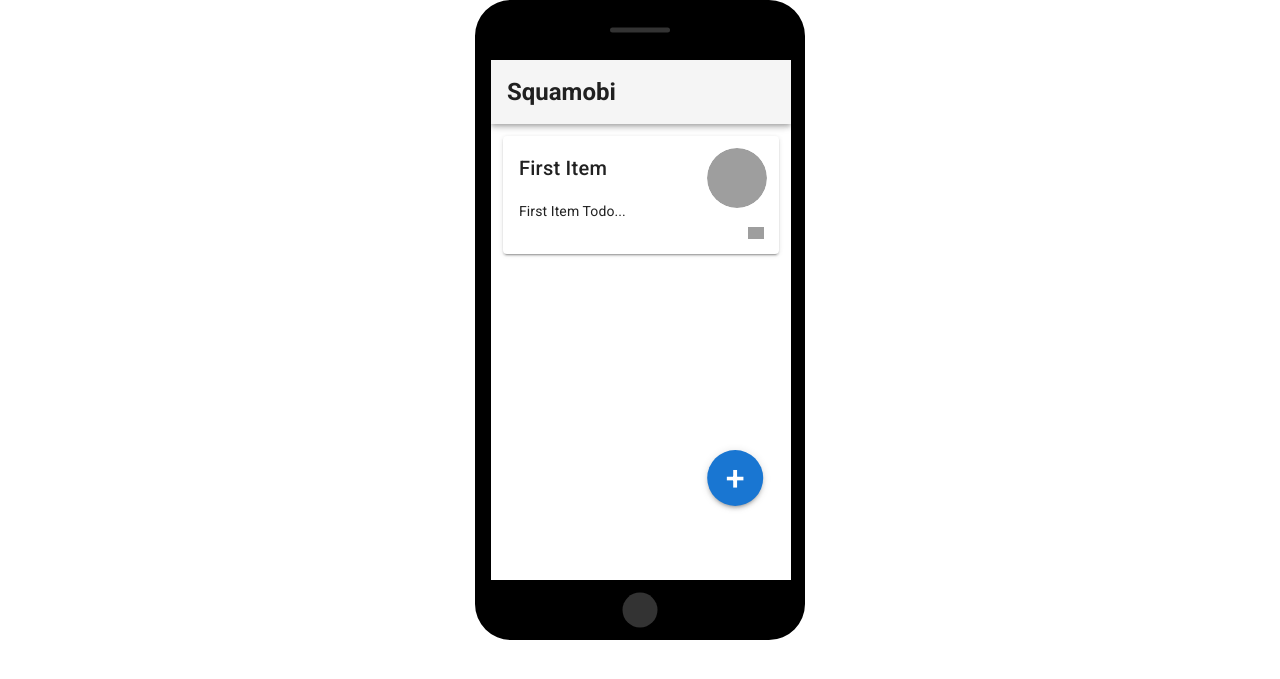
Repository: Keepnox/squamobi-interview
Page: /
These files come from the project's save history. The page is drawn as it stood at one moment and after the next save; the edit follows.
The browser window is 1280 px wide. The pictures show the whole page.
Pictures or frames that could not be fetched are drawn as grey boxes. The project was rebuilt for these pictures with package versions that can differ from the ones it lists, and the page was loaded fresh each time. Also part of the build but not shown: vue.config.js.

Above is the page before, as saved 2022-01-18 00:52:35.

After the next save:
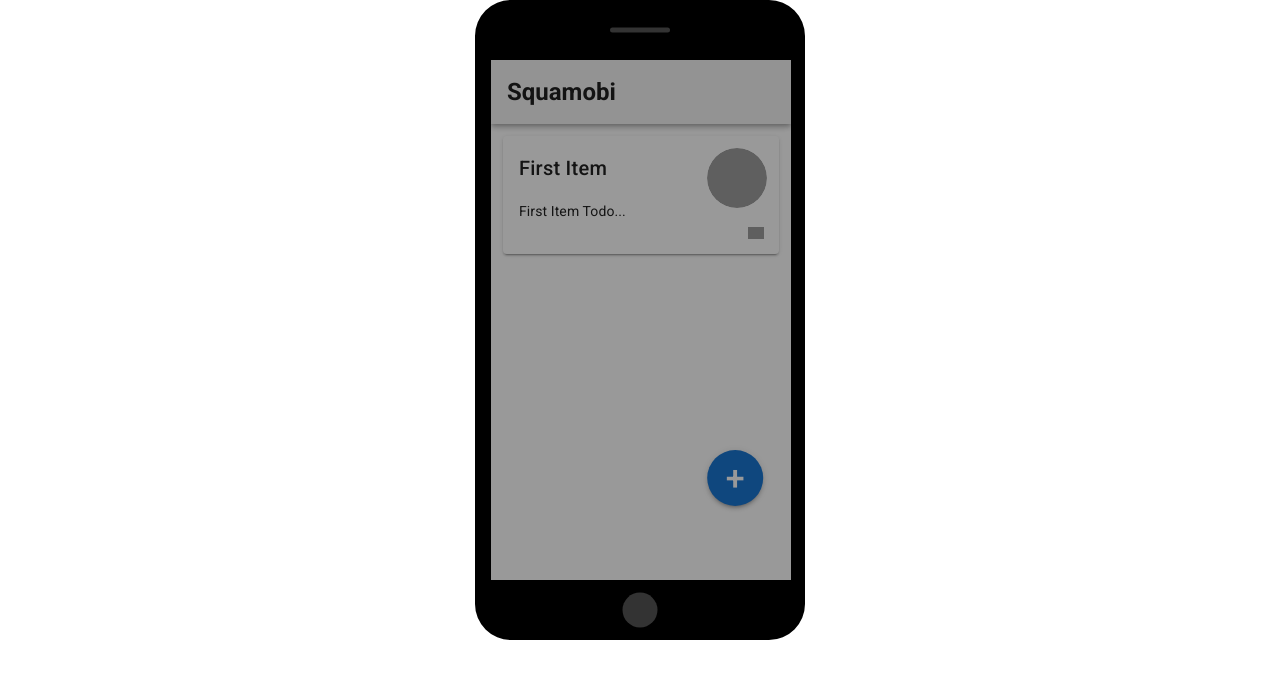
Saved 4 s later.
--- a/src/views/Home.vue
+++ b/src/views/Home.vue
@@ -115,7 +115,7 @@
 }
 
 .v-application--wrap:before {
-  /* content: ""; */
+  content: "";
   position: absolute;
   top: 0;
   width: 100%;

After the save that followed:
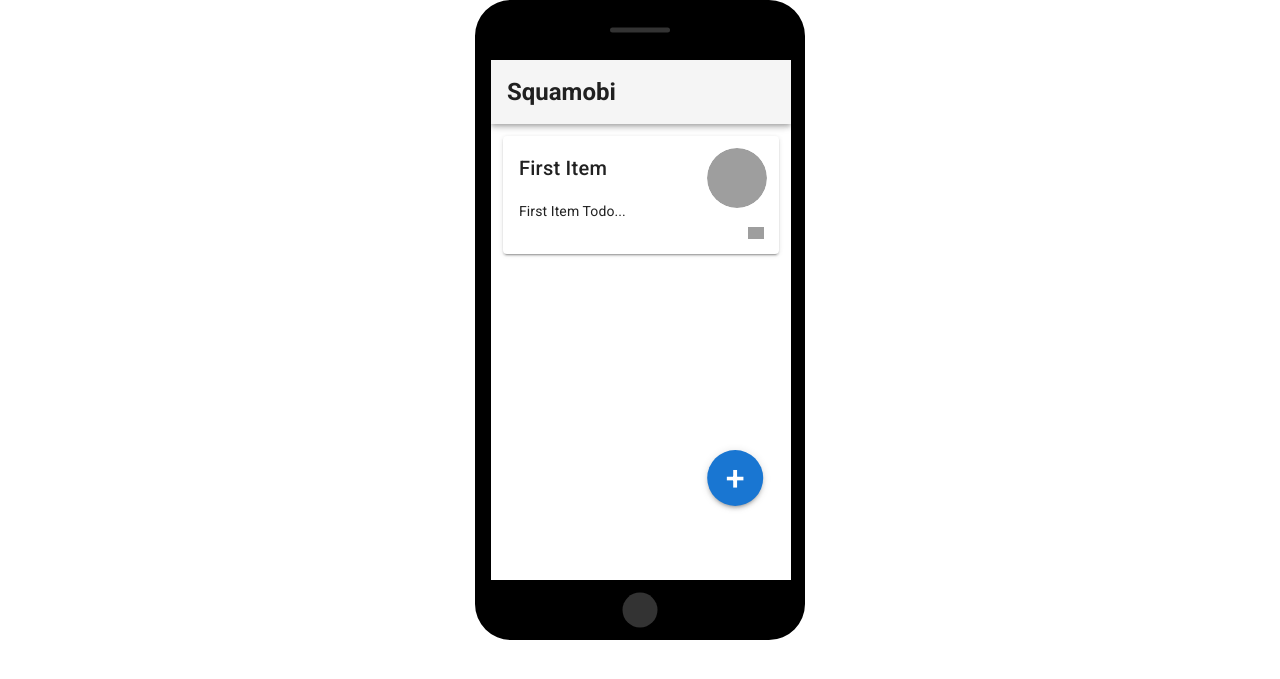
Saved 57 s later.
--- a/src/views/Home.vue
+++ b/src/views/Home.vue
@@ -115,7 +115,7 @@
 }
 
 .v-application--wrap:before {
-  content: "";
+  /* content: ""; */
   position: absolute;
   top: 0;
   width: 100%;
